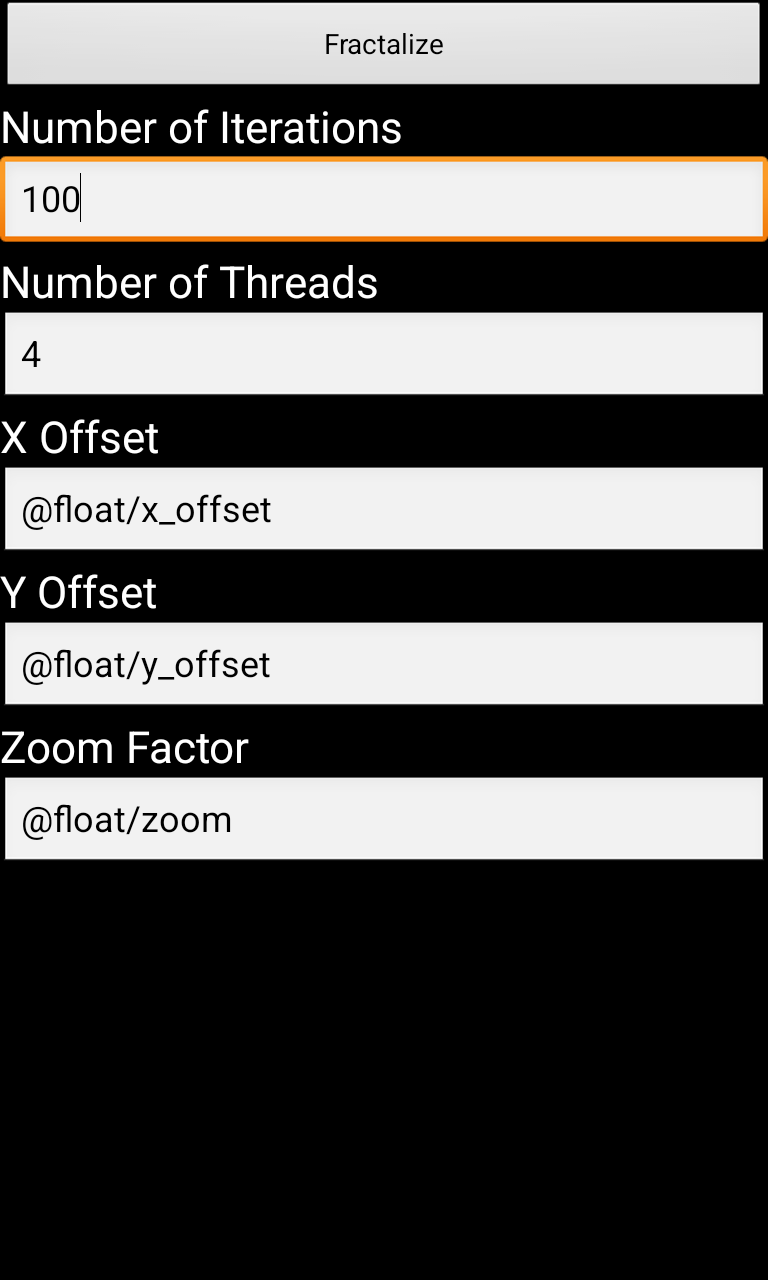
Repository: bobboau/INFO1-CE9705
Layout: mandelbrot/res/layout/main.xml
The author's editor kept a copy of each file at every save. The layout is drawn from the files as they stood at one save, then again after the next save.
It is drawn on a 768 x 1280 px phone screen (xhdpi) without system bars, with theme android:Theme; the app's code is not run.

Above is the layout before, as saved 2011-11-08 09:43:00.

### mandelbrot/res/layout/main.xml
<?xml version="1.0" encoding="utf-8"?>
<LinearLayout xmlns:android="http://schemas.android.com/apk/res/android"
    android:id="@+id/main_layout"
    android:layout_width="fill_parent"
    android:layout_height="fill_parent"
    android:orientation="vertical" >

    <LinearLayout
        android:id="@+id/controls_container"
        android:layout_width="fill_parent"
        android:layout_height="wrap_content"
        android:orientation="vertical" >

        <Button
            android:id="@+id/fracking_button"
            android:layout_width="fill_parent"
            android:layout_height="wrap_content"
            android:text="@string/button_text" />

        <TextView
            android:id="@+id/textView1"
            android:layout_width="wrap_content"
            android:layout_height="wrap_content"
            android:text="@string/iteration_label"
            android:textAppearance="?android:attr/textAppearanceLarge" />

        <EditText
            android:id="@+id/iteration_control"
            android:layout_width="fill_parent"
            android:layout_height="wrap_content"
            android:inputType="number"
            android:text="@integer/mandelbrot_iteration" >

            <requestFocus />
        </EditText>

        <TextView
            android:id="@+id/textView2"
            android:layout_width="wrap_content"
            android:layout_height="wrap_content"
            android:text="@string/threads_label"
            android:textAppearance="?android:attr/textAppearanceLarge" />

        <EditText
            android:id="@+id/threads_control"
            android:layout_width="fill_parent"
            android:layout_height="wrap_content"
            android:inputType="number"
            android:text="@integer/thread_count" />

        <TextView
            android:id="@+id/textView3"
            android:layout_width="wrap_content"
            android:layout_height="wrap_content"
            android:text="@string/x_offset_label"
            android:textAppearance="?android:attr/textAppearanceLarge" />

        <EditText
            android:id="@+id/x_offset_control"
            android:layout_width="fill_parent"
            android:layout_height="wrap_content"
            android:inputType="numberDecimal|numberSigned"
            android:text="@float/x_offset" />

        <TextView
            android:id="@+id/textView4"
            android:layout_width="wrap_content"
            android:layout_height="wrap_content"
            android:text="@string/y_offset_label"
            android:textAppearance="?android:attr/textAppearanceLarge" />

        <EditText
            android:id="@+id/y_offset_control"
            android:layout_width="fill_parent"
            android:layout_height="wrap_content"
            android:inputType="numberDecimal|numberSigned"
            android:text="@float/y_offset" />

        <TextView
            android:id="@+id/textView5"
            android:layout_width="wrap_content"
            android:layout_height="wrap_content"
            android:text="@string/zoom_label"
            android:textAppearance="?android:attr/textAppearanceLarge" />

        <EditText
            android:id="@+id/zoom_control"
            android:layout_width="fill_parent"
            android:layout_height="wrap_content"
            android:inputType="numberDecimal|numberSigned"
            android:text="@float/zoom" />

    </LinearLayout>

</LinearLayout>

### mandelbrot/res/values/strings.xml
<?xml version="1.0" encoding="utf-8"?>
<resources>
    <string name="app_name">Mandelbrot</string>
    <string name="button_text">Fractalize</string>
    <string name="threads_label">Number of Threads</string>
    <string name="iteration_label">Number of Iterations</string>
    <string name="x_offset_label">X Offset</string>
    <string name="y_offset_label">Y Offset</string>
    <string name="zoom_label">Zoom Factor</string>
</resources>

### mandelbrot/res/values/numeric.xml
<?xml version="1.0" encoding="utf-8"?>
<resources>
    <integer name="thread_count">4</integer>
    <integer name="mandelbrot_iteration">100</integer>
    <dimen name="x_offset">0px</dimen>
    <dimen name="y_offset">-0.5px</dimen>
    <dimen name="zoom">0.5px</dimen>
</resources>

After the next save:
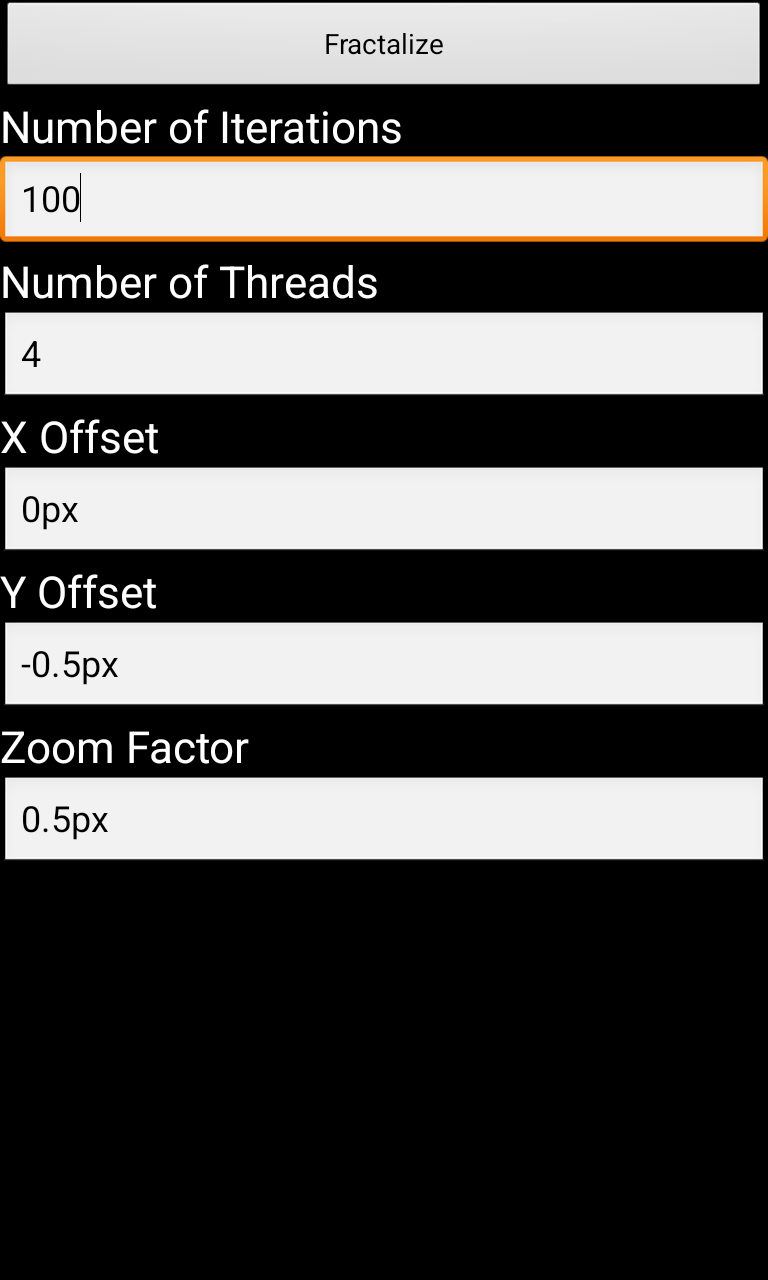
Saved 39 s later.
--- a/mandelbrot/res/layout/main.xml
+++ b/mandelbrot/res/layout/main.xml
@@ -60,7 +60,7 @@
             android:layout_width="fill_parent"
             android:layout_height="wrap_content"
             android:inputType="numberDecimal|numberSigned"
-            android:text="@float/x_offset" />
+            android:text="@dimen/x_offset" />
 
         <TextView
             android:id="@+id/textView4"
@@ -74,7 +74,7 @@
             android:layout_width="fill_parent"
             android:layout_height="wrap_content"
             android:inputType="numberDecimal|numberSigned"
-            android:text="@float/y_offset" />
+            android:text="@dimen/y_offset" />
 
         <TextView
             android:id="@+id/textView5"
@@ -88,7 +88,7 @@
             android:layout_width="fill_parent"
             android:layout_height="wrap_content"
             android:inputType="numberDecimal|numberSigned"
-            android:text="@float/zoom" />
+            android:text="@dimen/zoom" />
 
     </LinearLayout>
 
